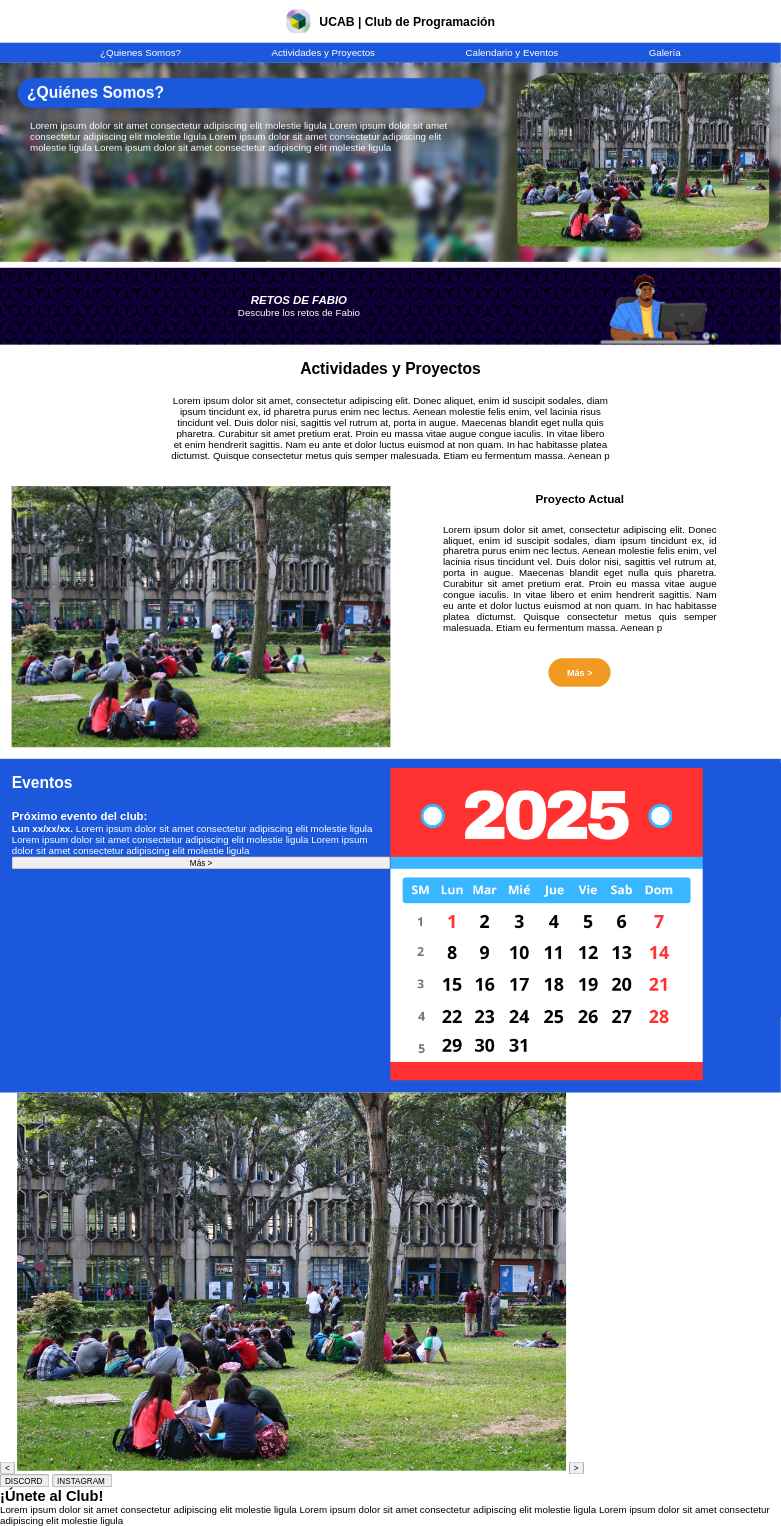
Repository: LuisR404/LandingPage
Page: Pages/QuienesSomos.html
These files come from the project's save history. The page is drawn as it stood at one moment and after the next save; the edit follows.
The browser window is 1280 px wide. The pictures show the whole page, at 61% of full size.

Above is the page before, as saved 2025-11-10 14:19:56.

After the next save:
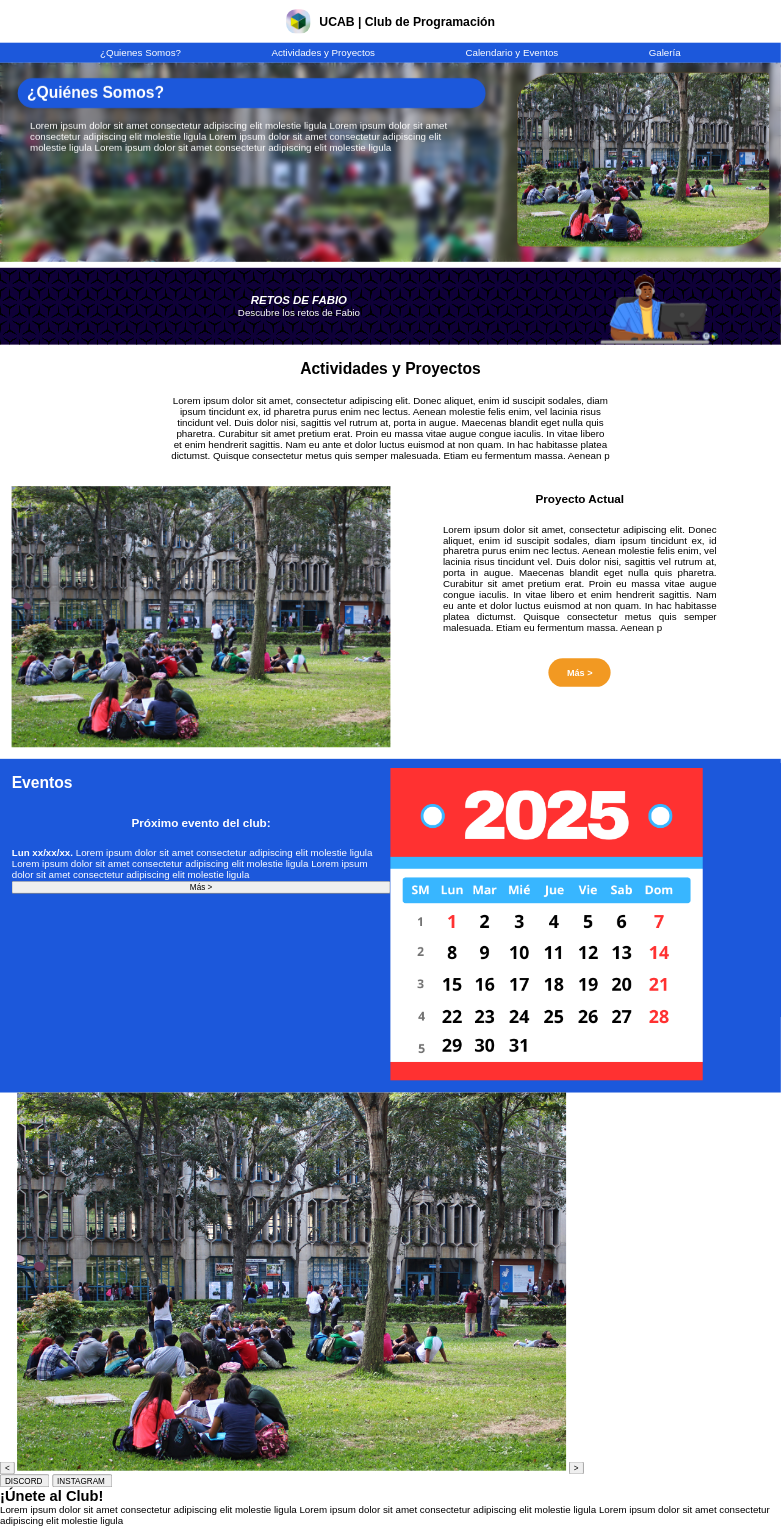
Saved 80 s later.
--- a/Styles/QuienesSomos.css
+++ b/Styles/QuienesSomos.css
@@ -289,3 +289,13 @@
     padding: 10px 0px;
     margin-bottom: 20px;
 }
+
+.eventos div h3 {
+    font-size: clamp(15px, 1.5vw, 25px);
+    font-weight: 800;
+    text-align: center;
+    white-space: nowrap;
+
+    padding: 10px 15px 10px 15px;
+    margin-bottom: 20px;
+}
